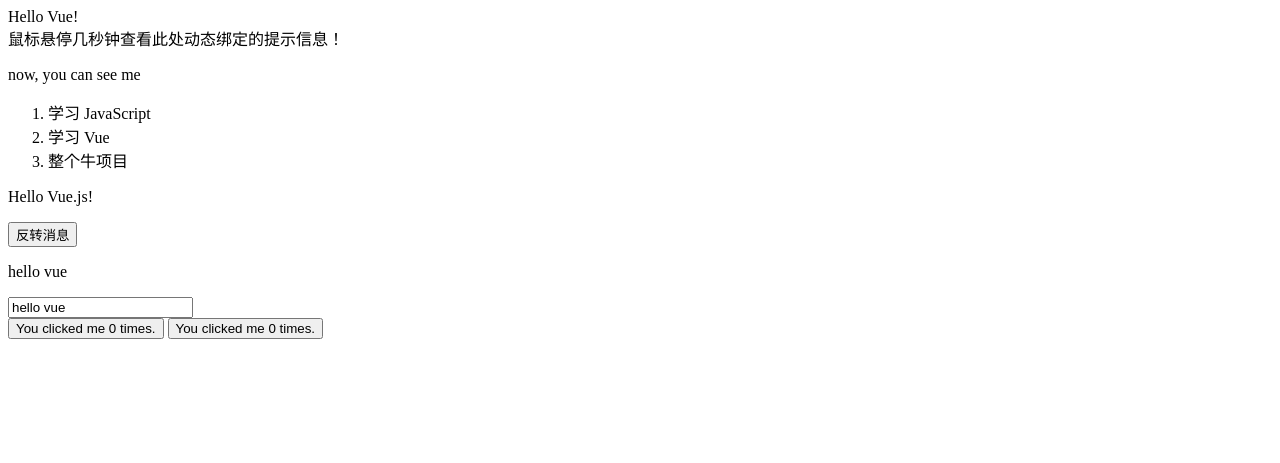
Repository: AlanPeng97/vue2.x-learning
Page: intro/coreBaisc/index.html
An editor plug-in stored every save of this project. The page is shown before and after the next save, followed by the edit.
The browser window is 1280 px wide. The pictures show the whole page.
Some web libraries are served in a nearby version.

Above is the page before, as saved 2024-01-26 17:24:11.

### intro/coreBaisc/index.html
<!DOCTYPE html>
<html lang="en">
  <head>
    <meta charset="UTF-8" />
    <meta name="viewport" content="width=device-width, initial-scale=1.0" />
    <!-- Vue2官方文档介绍章节： Vue核心最基本的功能 -->
    <title>Vue2 CoreBaisc</title>
    <!-- CDN引入Vue2 -->
    <script src="https://cdn.jsdelivr.net/npm/vue@2.7.16/dist/vue.js"></script>
    <!-- 💁‍♂️ 1. 在生产环境可以把vue.js 换成 vue.min.js ， 这是一个更小的构建，获得比开发环境更快的速度体验
          2. 构建大型应用时使用NPM安装Vue，因为NPM能更好地配合webpack等打包器，同时Vue也能提供配套工具来开发单文件组件
          3. Vue提供CLI（Vue Cli），为单页面应用（SPA）快速搭建脚手架，详细参考官方文档
    -->
  </head>
  <body>
    <!--  1. vue.js核心： 简洁的模版语法，声明式地将数据渲染进DOM -->
    <div id="app">{{message}}</div>

    <!-- 2. v-bind（缩写为 : ） attribute（属性） 用于绑定元素属性 -->
    <div id="app-2">
      <span v-bind:title="message"
        >鼠标悬停几秒钟查看此处动态绑定的提示信息！</span
      >
    </div>

    <!-- 3. 条件与循环 数据绑定到DOM v-if v-for -->
    <div id="app-3">
      <p v-if="seen">now, you can see me</p>
    </div>

    <div id="app-4">
      <ol>
        <li v-for="todo in todos">{{ todo.text }}</li>
      </ol>
    </div>

    <!-- 处理用户输入 v-on指令添加 事件监听 ，调用Vue实例定义的方法 -->
    <div id="app-5">
      <p>{{message}}</p>
      <button v-on:click="reverseMessage">反转消息</button>
    </div>

    <!-- v-model 表单输入和应用状态之间的双向绑定 -->
    <div id="app-6">
      <p>{{message}}</p>
      <input v-model="message" />
    </div>

    <!-- Vue重要概念：组件系统。 组件：小型，独立和通常可复用的组件构建大型应用。 -->
    <div id="app-7">
      <button-counter></button-counter>
      <button-counter></button-counter>
    </div>

    <script type="text/javascript">
      var app = new Vue({
        el: "#app",
        data: {
          message: "Hello Vue!", // 声明message
        },
      });

      var app2 = new Vue({
        el: "#app-2",
        data: {
          message: "页面加载于" + new Date().toLocaleString(),
        },
      });

      var app3 = new Vue({
        el: "#app-3",
        data: {
          seen: true,
        },
      });

      var app4 = new Vue({
        el: "#app-4",
        data: {
          todos: [
            { text: "学习 JavaScript" },
            { text: "学习 Vue" },
            { text: "整个牛项目" },
          ],
        },
      });

      var app5 = new Vue({
        el: "#app-5",
        data: {
          message: "Hello Vue.js!",
        },
        methods: {
          reverseMessage: function () {
            this.message = this.message.split("").reverse().join("");
          },
        },
      });

      var app5 = new Vue({
        el: "#app-6",
        data: {
          message: "hello vue",
        },
      });

      Vue.component("button-counter", {
        data: function () {
          return {
            count: 0,
          };
        },
        template:
          "<button v-on:click='count++'>You clicked me {{count}} times.</button>",
      });

      Vue.component("todo-item", {
        // todo-item组件接受一个
        // “prop”，类似一个自定义attribute（属性）
        // 这个 prop 名为 todo
        props: ["todo"],
        template: "<li>{{todo.text}}</li>",
      });

      var vm = new Vue({
        el: "#app-7",
        data: {},
      });
    </script>
  </body>
</html>

After the next save:
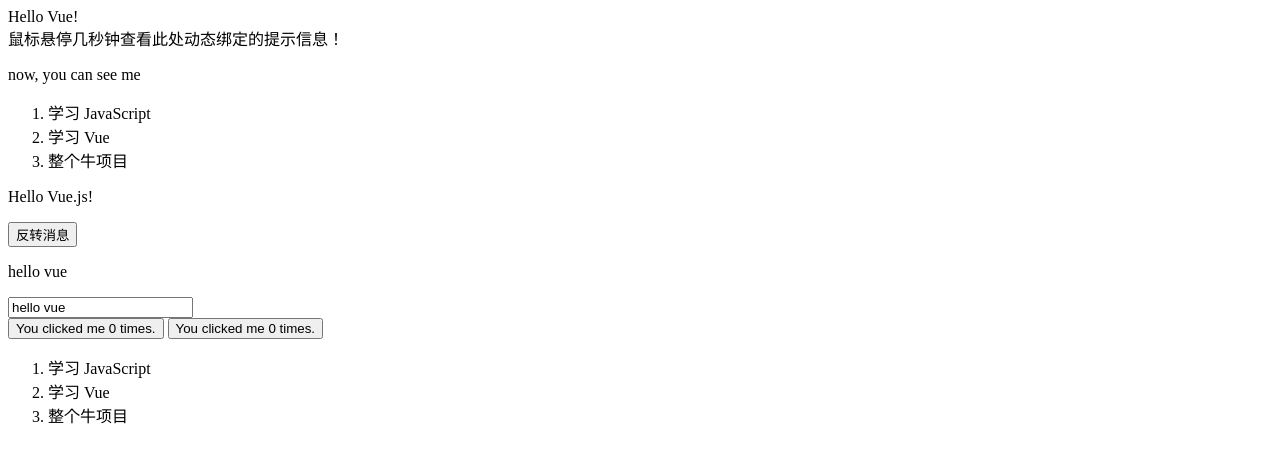
Saved 4 min 11 s later.
--- a/intro/coreBaisc/index.html
+++ b/intro/coreBaisc/index.html
@@ -50,6 +50,13 @@
     <div id="app-7">
       <button-counter></button-counter>
       <button-counter></button-counter>
+      <ol>
+        <todo-item
+          v-for="item in todoList"
+          v-bind:todo="item"
+          v-bind:key="item.id"
+        ></todo-item>
+      </ol>
     </div>
 
     <script type="text/javascript">
@@ -124,7 +131,13 @@
 
       var vm = new Vue({
         el: "#app-7",
-        data: {},
+        data: {
+          todoList: [
+            { id: 1, text: "学习 JavaScript" },
+            { id: 2, text: "学习 Vue" },
+            { id: 3, text: "整个牛项目" },
+          ],
+        },
       });
     </script>
   </body>
